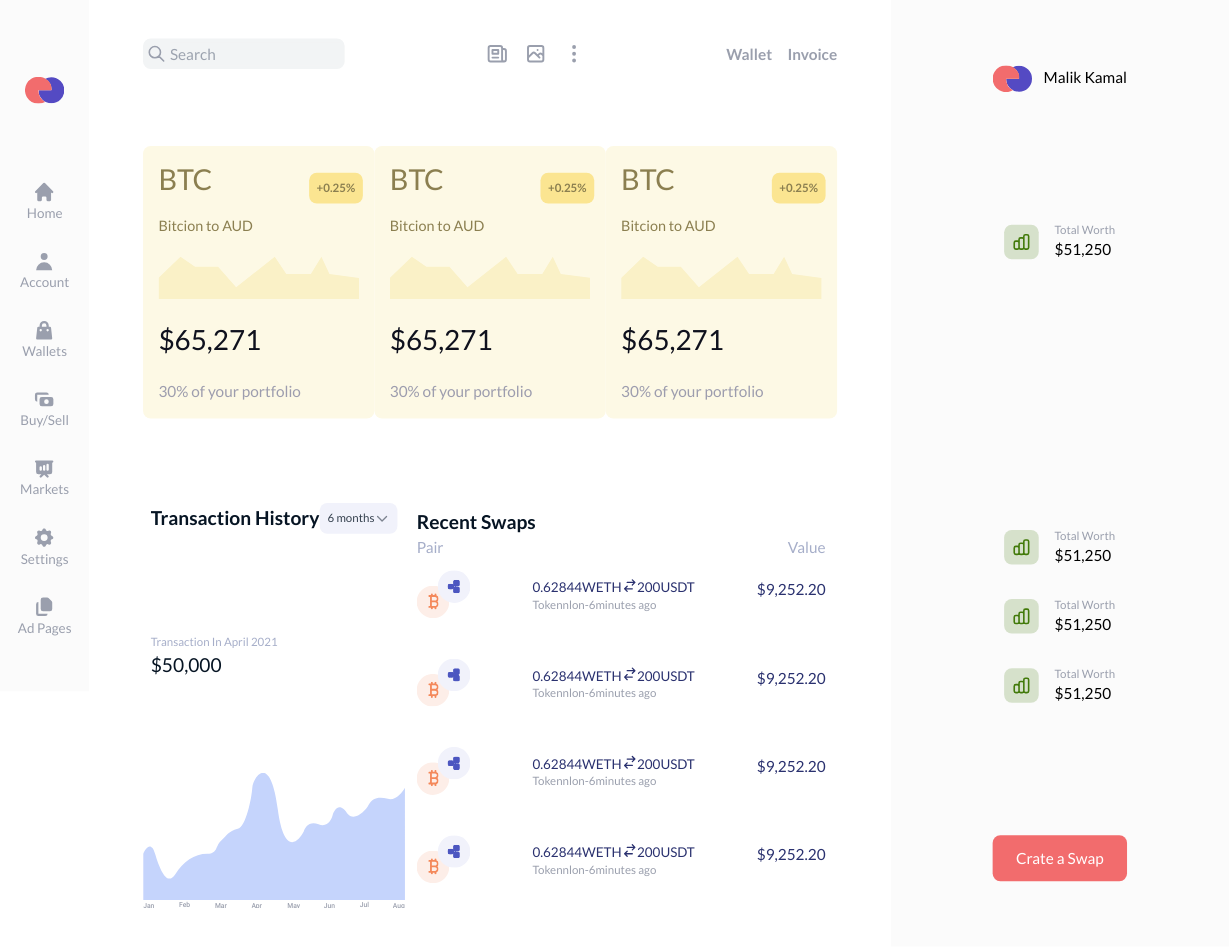
Repository: almaqdad55/crypto-app-nextjs
Page: /
An editor plug-in stored every save of this project. The page is shown before and after a run of saves, followed by the edit.
The browser window is 1280 px wide. The pictures show the whole page, at 96% of full size.
The project was rebuilt for these pictures with package versions that can differ from the ones it lists, and the page was loaded fresh each time. The framework's server and built-in components were replaced by stand-ins that run in the browser.

Above is the page before, as saved 2022-01-04 22:45:33.

After the next 2 saves:
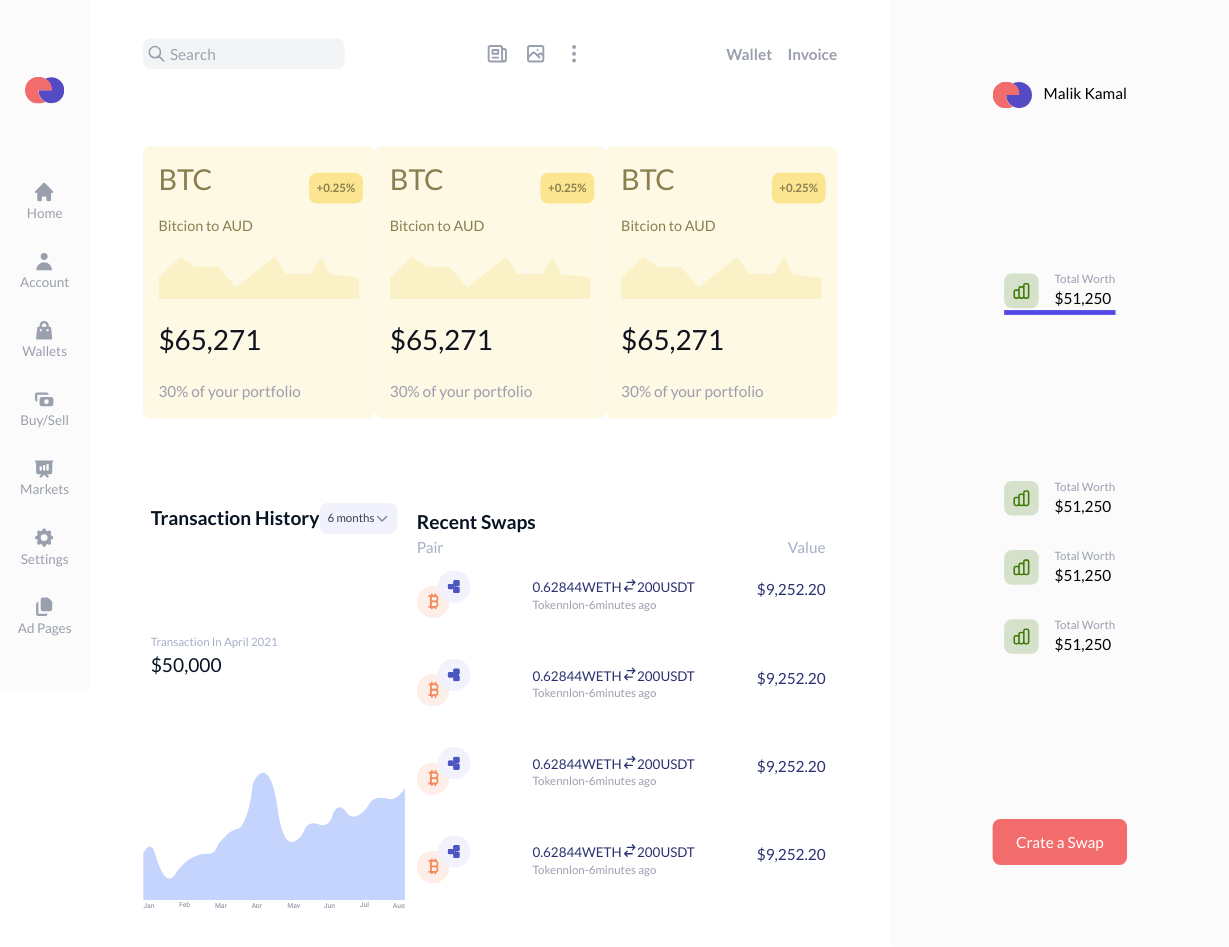
The 2 saves are shown as one change because they came seconds apart.
The last was saved 13 s later.
--- a/components/Widget.jsx
+++ b/components/Widget.jsx
@@ -14,8 +14,9 @@ const Widget = () => {
         <img src="/logo.svg" alt="" className="" />
         <h2>Malik Kamal</h2>
       </div>
-      <StatsDisplay />
-      <div className="w-">
+
+      <div className="">
+        <StatsDisplay />
         <hr className="border-b-4 border-indigo-600  " />
       </div>
       <div className="flex flex-col space-y-8">
